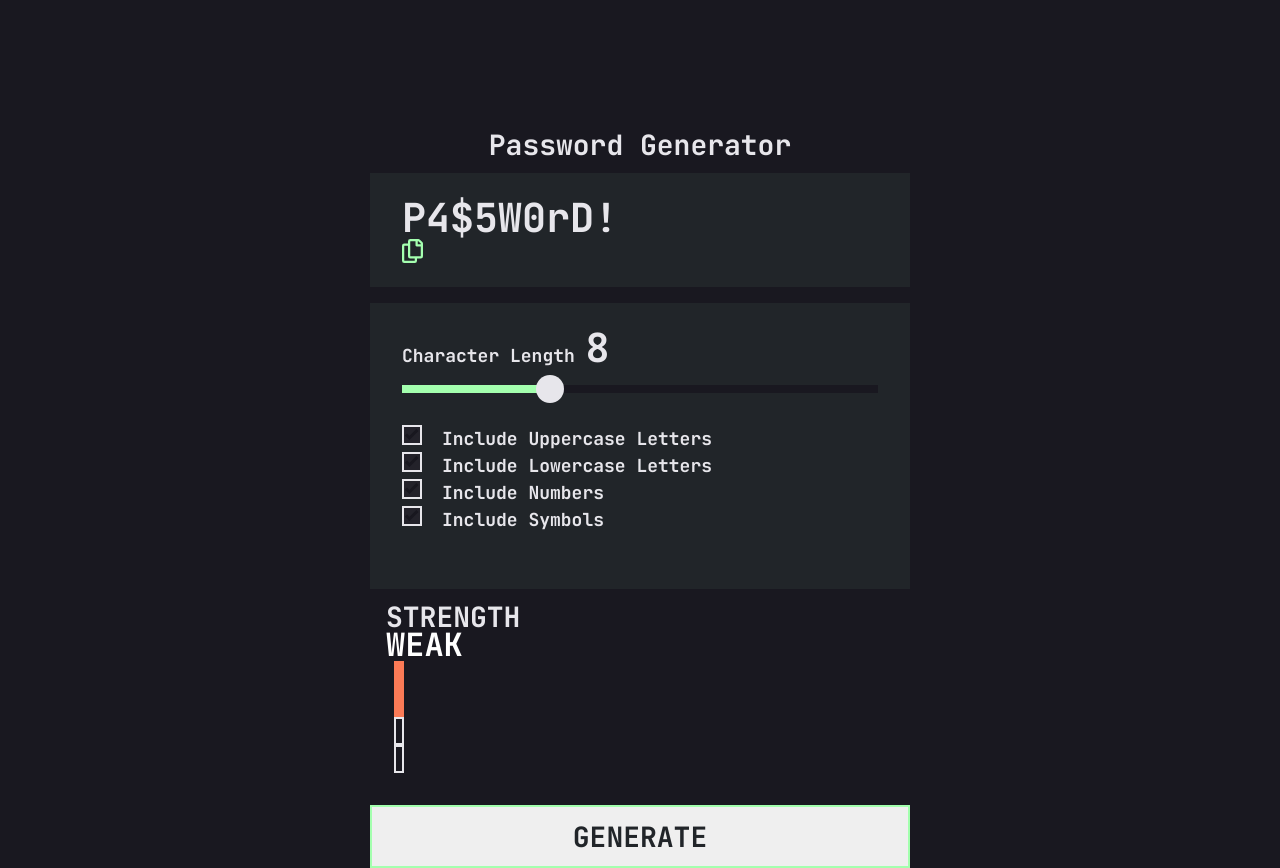
Repository: blordeus/password-generator-app
Page: starter-code/index.html
An editor plug-in stored every save of this project. The page is shown before and after the next save, followed by the edit.
The browser window is 1280 px wide. The pictures show the whole page.

Above is the page before, as saved 2023-10-05 20:21:25.

After the next save:
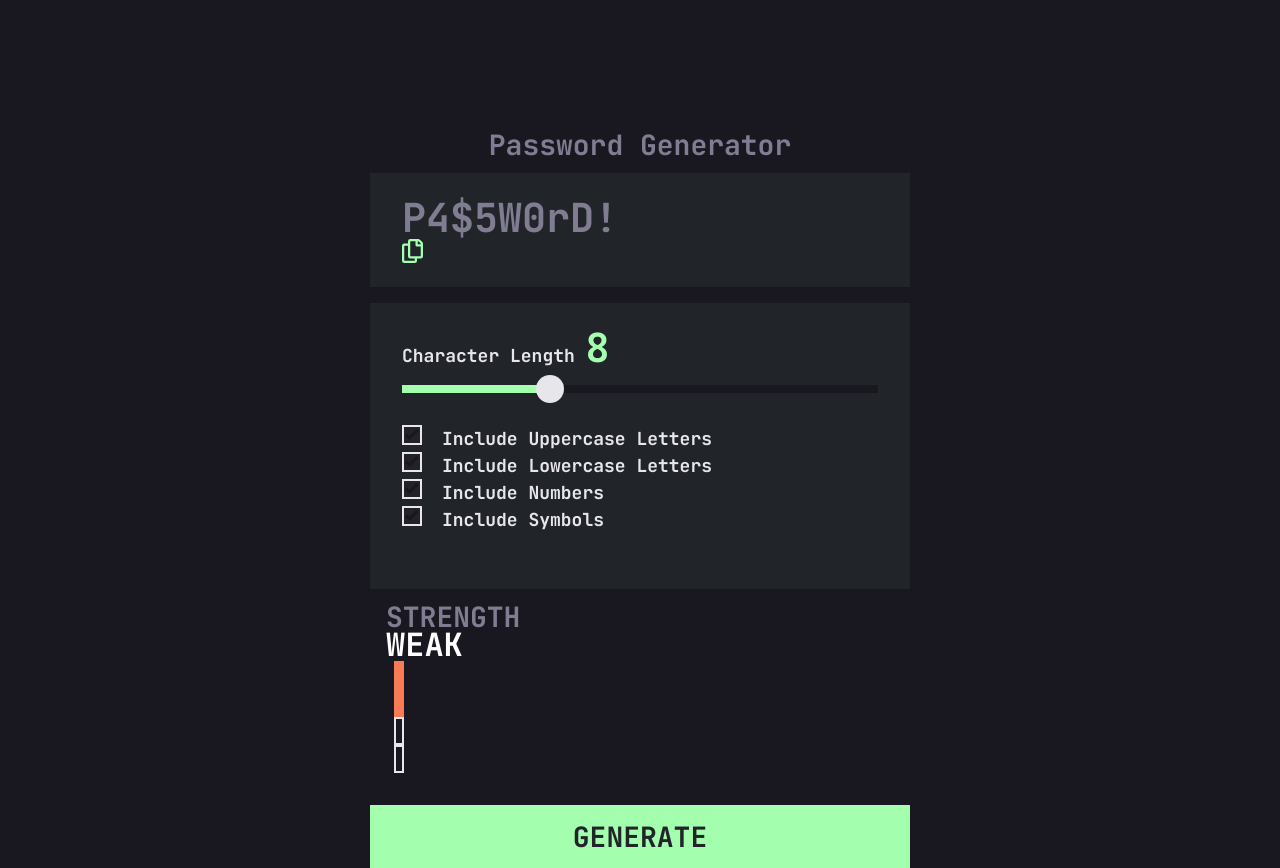
Saved 57 s later.
--- a/starter-code/assets/style.css
+++ b/starter-code/assets/style.css
@@ -89,6 +89,46 @@ textarea,
 select {
   font: inherit;
 }
+
+/* colors */
+
+.bg-veryDark {
+    background-color: hsl(var(--clr-veryDarkGrey));
+  }
+  .bg-dark {
+    background-color: hsl(var(--clr-darkGrey));
+  }
+  .bg-white {
+    background-color: hsl(var(--clr-almostWhite));
+  }
+  .bg-green {
+    background-color: hsl(var(--clr-neonGreen));
+  }
+  .bg-yellow {
+    background-color: hsl(var(--clr-yellow));
+  }
+  .bg-orange {
+    background-color: hsl(var(--clr-orange));
+  }
+  .bg-red {
+    background-color: hsl(var(--clr-red));
+  }
+
+  .text-grey {
+    color: hsl(var(--clr-grey));
+  }
+  .text-white {
+    color: hsl(var(--clr-almostWhite));
+  }
+  .text-dark {
+    color: hsl(var(--clr-darkGrey));
+  }
+  .text-green {
+    color: hsl(var(--clr-neonGreen));
+  }
+  .text-red {
+    color: hsl(var(--clr-red));
+  }
 
 /* typography */
 
